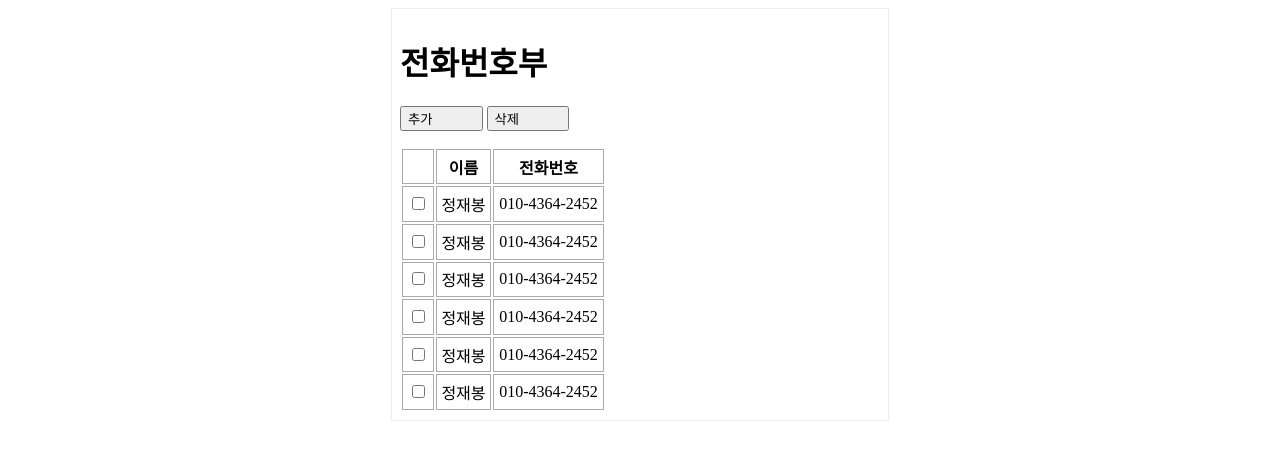
Repository: limjh0513/DGSW_JAVA
Page: 2학기/JAVA_WEB/web/src/main/webapp/phoneBook/phoneBook.html
These files come from the project's save history. The page is drawn as it stood at one moment and after the next save; the edit follows.
The browser window is 1280 px wide. The pictures show the whole page.

Above is the page before, as saved 2021-11-03 02:18:23.

After the next save:
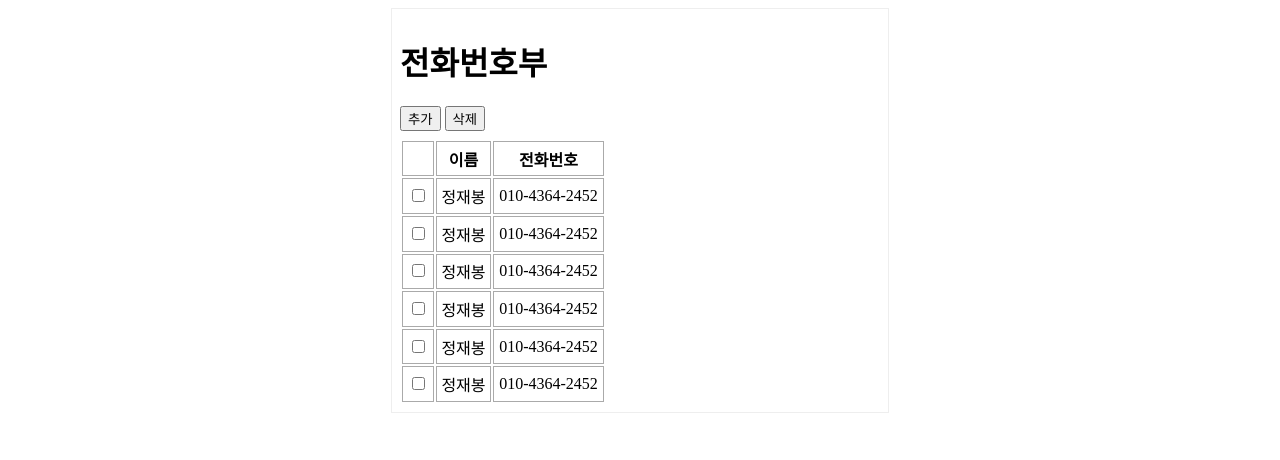
Saved 20 s later.
--- a/2학기/JAVA_WEB/web/src/main/webapp/phoneBook/phoneBook.html
+++ b/2학기/JAVA_WEB/web/src/main/webapp/phoneBook/phoneBook.html
@@ -9,8 +9,8 @@
 	<div class="main">
 		<h1>전화번호부</h1>
 		<div class="btn">
-			<button class="btn">추가</button>
-			<button class="btn">삭제</button>
+			<button>추가</button>
+			<button>삭제</button>
 		</div>
 
 		<table>
